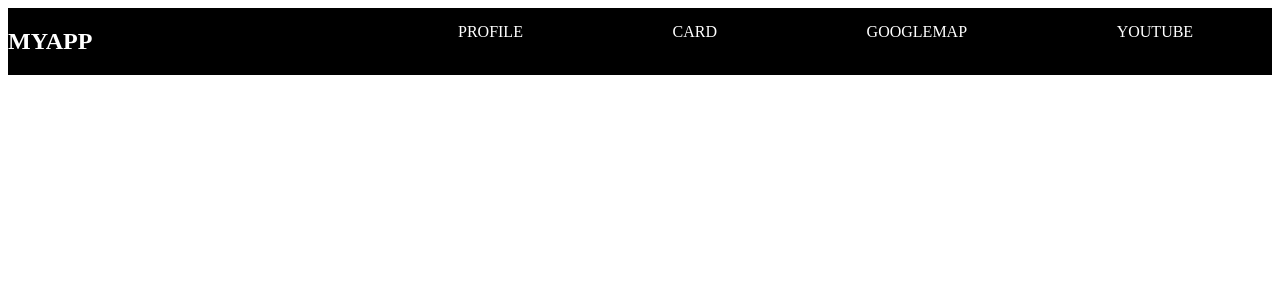
Repository: arindamslt/JEECoding
Page: JEE_FRONTEND/src/main/webapp/10Nav.html
The author's editor kept a copy of each file at every save. The page is drawn from the files as they stood at one save, then again after the next save.
The browser window is 1280 px wide. The pictures show the whole page.

Above is the page before, as saved 2025-07-15 14:39:43.

After the next save:
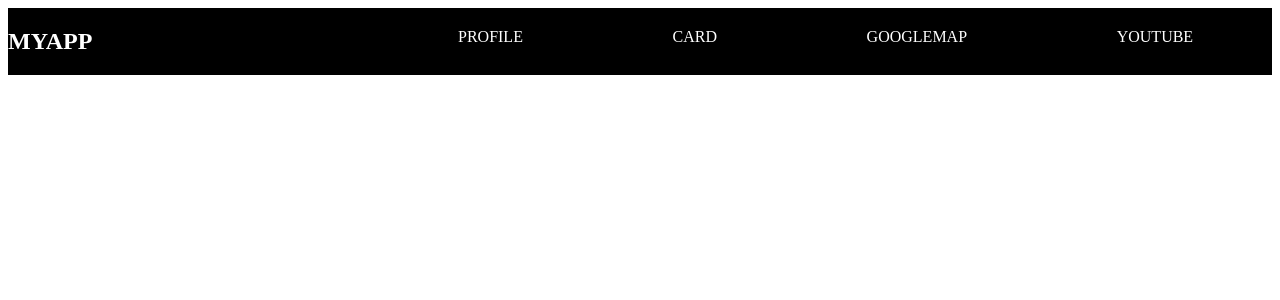
Saved 42 s later.
--- a/JEE_FRONTEND/src/main/webapp/Nav.css
+++ b/JEE_FRONTEND/src/main/webapp/Nav.css
@@ -15,6 +15,6 @@
 	a{
 		color:white;
 		text-decoration: none;
-		margin:15px auto;
+		margin:20px auto;
 	}
 }
